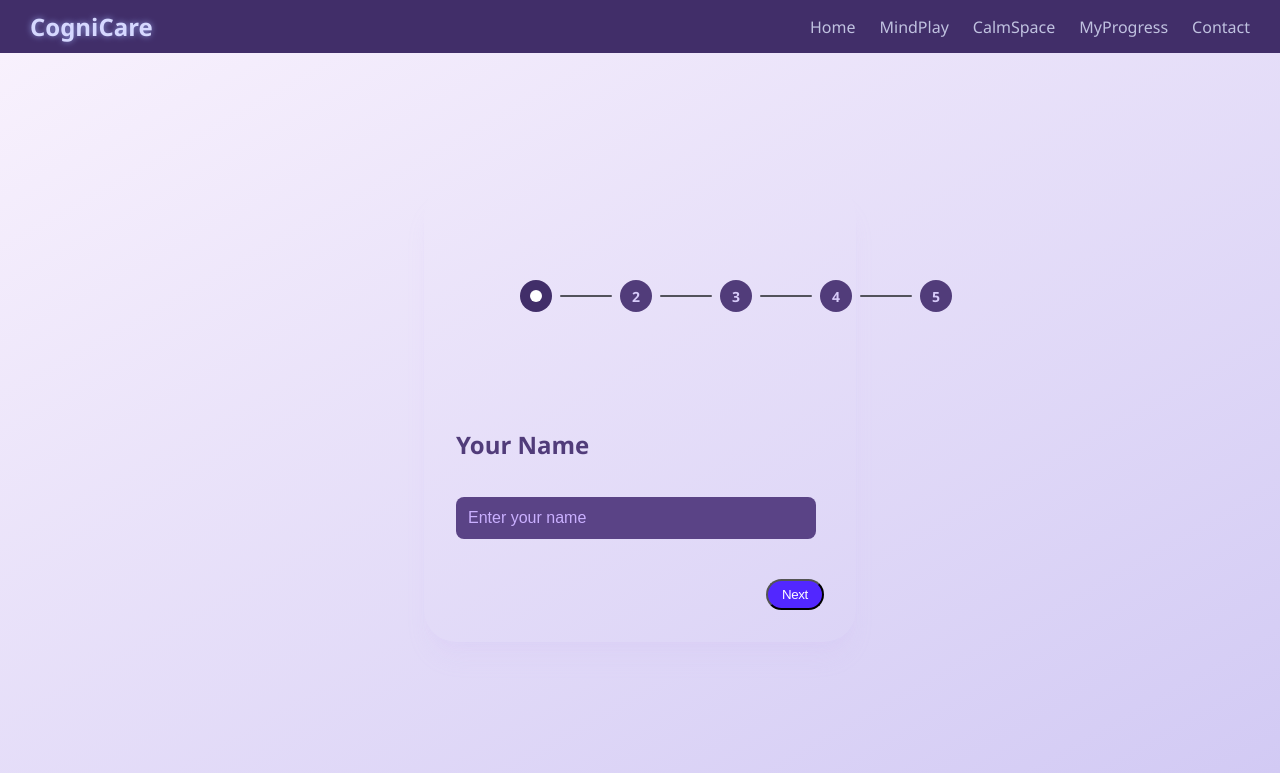
Repository: rujularaut/CogniCare
Page: /signup
The author's editor kept a copy of each file at every save. The page is drawn from the files as they stood at one save, then again after the next save.
The browser window is 1280 px wide. The pictures show the whole page.
The project was rebuilt for these pictures with package versions that can differ from the ones it lists, and the page was loaded fresh each time. Also part of the build but not shown: src/components/Welcome.css, src/components/Welcome.js, src/components/Particles.css, src/components/Particles.js, src/components/Meditation.css, src/components/Meditation.js, src/components/Signup.css, src/components/Signup.js and 2 more.

Above is the page before, as saved 2025-06-24 14:52:58.

After the next save:
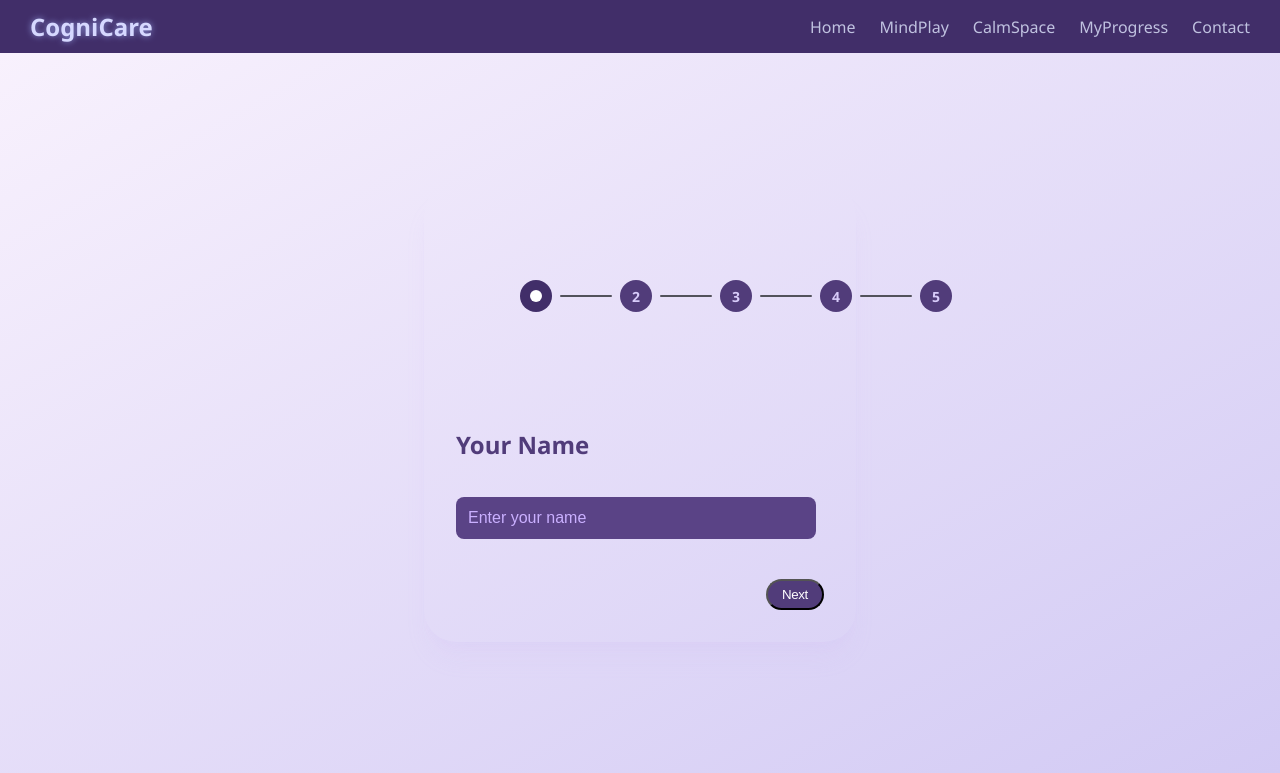
Saved 23 s later.
--- a/src/components/Stepper.css
+++ b/src/components/Stepper.css
@@ -90,7 +90,7 @@
   align-items: center;
   justify-content: center;
   border-radius: 9999px;
-  background-color: #5227FF;
+  background-color: #513c7a;
   color: #fff;
   font-weight: 500;
   letter-spacing: -0.025em;
